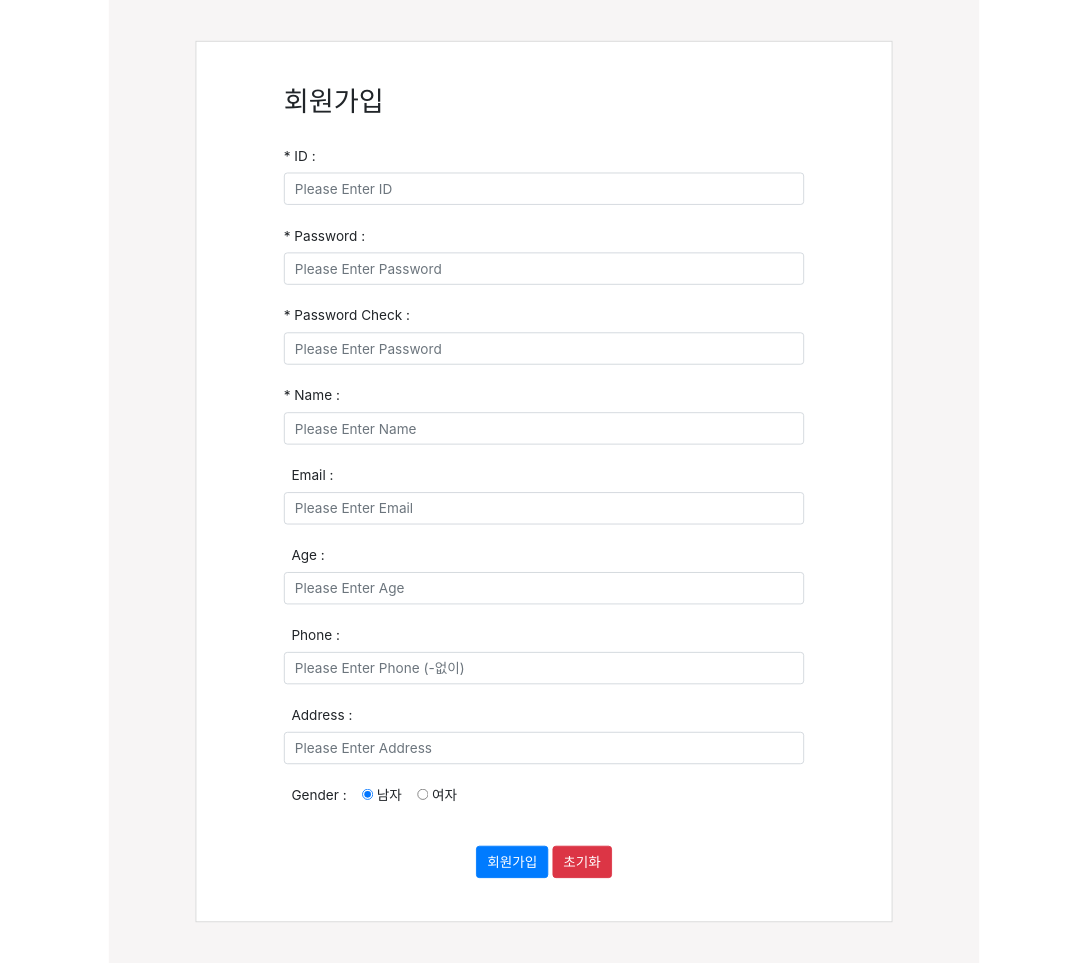
Repository: Kimmingle/kh_testpro01
Page: http://localhost/springProject/WEB-INF/views/member/userform.jsp
These files come from the project's save history. The page is drawn as it stood at one moment and after a run of saves; the edit follows.
The browser window is 1280 px wide. The pictures show the whole page, at 85% of full size.
Pictures or frames that could not be fetched are drawn as grey boxes. The page is served by Tomcat 9. Nobody is signed in. Other server files are loaded and not shown. The template is opened directly, without the code that normally fills it, so the values that code supplies are empty.

Above is the page before, as saved 2024-06-18 00:40:40.

### springProject/src/main/webapp/WEB-INF/views/member/userform.jsp
<%@ page language="java" contentType="text/html; charset=UTF-8"
    pageEncoding="UTF-8"%>
<!DOCTYPE html>
<html lang="en">
<head>
    <meta charset="UTF-8">
    <title>Document</title>
    <script src="https://ajax.googleapis.com/ajax/libs/jquery/3.7.1/jquery.min.js"></script>
    <link rel="stylesheet" href="https://maxcdn.bootstrapcdn.com/bootstrap/4.5.2/css/bootstrap.min.css">
    <script src="https://maxcdn.bootstrapcdn.com/bootstrap/4.5.2/js/bootstrap.min.js"></script>

    <style>
        .content {
            background-color:rgb(247, 245, 245);
            width:80%;
            margin:auto;
        }
        .innerOuter {
            border:1px solid lightgray;
            width:80%;
            margin:auto;
            padding:5% 10%;
            background-color:white;
        }
    </style>
</head>
<body>

    <!-- 메뉴바 -->
    <jsp:include page="" />

    <div class="content">
        <br><br>
        <div class="innerOuter">
            <h2>회원가입</h2>
            <br>

            <form action="" method="post">
                <div class="form-group">
                    <label for="userId">* ID : </label>
                    <input type="text" class="form-control" id="userId" placeholder="Please Enter ID" name="" required> <br>

                    <label for="userPwd">* Password : </label>
                    <input type="password" class="form-control" id="userPwd" placeholder="Please Enter Password" name="" required> <br>

                    <label for="checkPwd">* Password Check : </label>
                    <input type="password" class="form-control" id="checkPwd" placeholder="Please Enter Password" required> <br>

                    <label for="userName">* Name : </label>
                    <input type="text" class="form-control" id="userName" placeholder="Please Enter Name" name="" required> <br>

                    <label for="email"> &nbsp; Email : </label>
                    <input type="text" class="form-control" id="email" placeholder="Please Enter Email" name=""> <br>

                    <label for="age"> &nbsp; Age : </label>
                    <input type="number" class="form-control" id="age" placeholder="Please Enter Age" name=""> <br>

                    <label for="phone"> &nbsp; Phone : </label>
                    <input type="tel" class="form-control" id="phone" placeholder="Please Enter Phone (-없이)" name=""> <br>

                    <label for="address"> &nbsp; Address : </label>
                    <input type="text" class="form-control" id="address" placeholder="Please Enter Address" name=""> <br>

                    <label for=""> &nbsp; Gender : </label> &nbsp;&nbsp;
                    <input type="radio" id="Male" value="M" name="" checked>
                    <label for="Male">남자</label> &nbsp;&nbsp;
                    <input type="radio" id="Female" value="F" name="">
                    <label for="Female">여자</label> &nbsp;&nbsp;
                </div>
                <br>
                <div class="btns" align="center">
                    <button type="submit" class="btn btn-primary">회원가입</button>
                    <button type="reset" class="btn btn-danger">초기화</button>
                </div>
            </form>
        </div>
        <br><br>

    </div>

    <!-- 푸터바 -->
    <jsp:include page="" />

</body>
</html>

### springProject/src/main/webapp/WEB-INF/views/common/menubar.jsp
<%@ page language="java" contentType="text/html; charset=UTF-8"
    pageEncoding="UTF-8"%>
<%@ taglib prefix="c" uri="http://java.sun.com/jsp/jstl/core" %>
<!DOCTYPE html>
<html lang="en">
<head>
    <meta charset="UTF-8">
    <title>Document</title>
    <script src="https://ajax.googleapis.com/ajax/libs/jquery/3.7.1/jquery.min.js"></script>
    <link rel="stylesheet" href="https://maxcdn.bootstrapcdn.com/bootstrap/4.5.2/css/bootstrap.min.css">
    <script src="https://maxcdn.bootstrapcdn.com/bootstrap/4.5.2/js/bootstrap.min.js"></script>
    <style>
        div {box-sizing:border-box;}
        #header {
            width:80%;
            height:100px;
            padding-top:20px;
            margin:auto;
        }
        #header>div {width:100%; margin-bottom:10px;}
        #header_1 {height:80%;}
        #header_2 {height:60%;}

        #header_1>div{
            height:100%;
            float:left;
        }
        #header_1_left {width:30%; position:relative;}
        #header_1_center {width:40%;}
        #header_1_right {width:30%;}

        #header_1_left>img {height:100%; position:absolute; margin:auto; top:0px; bottom:0px; right:0px; left:0px;}
        #header_1_right {text-align:center; line-height:35px; font-size:12px; text-indent:35px;}
        #header_1_right>a {margin:5px;}
        #header_1_right>a:hover {cursor:pointer;}

        #header_2>ul {width:100%; height:100%; list-style-type:none; margin:auto; padding:0;}
        #header_2>ul>li {float:left; width:25%; height:100%; line-height:55px; text-align:center;}
        #header_2>ul>li a {text-decoration:none; color:black; font-size:18px; font-weight:900;}

        #header_2 {border-top:1px solid lightgray;}

        #header a {text-decoration:none; color:black;}

        .content {
            background-color:rgb(247, 245, 245);
            width:80%;
            margin:auto;
        }
        .innerOuter {
            border:1px solid lightgray;
            width:80%;
            margin:auto;
            padding:5% 10%;
            background-color:white;
        }

    </style>
</head>
<body>

    <div id="header">
        <div id="header_1">
            <div id="header_1_left">
                <img src="https://kh-academy.co.kr/resources/images/main/logo.svg" alt="">
            </div>
            <div id="header_1_center"></div>
            <div id="header_1_right">

            <c:choose>
            		<c:when test="${ sessionScope.loginUser eq null}">


		                <a href="">회원가입</a>
		                <a data-toggle="modal" data-target="#loginModal">로그인</a>
	               </c:when>

	                <c:otherwise>
	                    <label>${ sessionScope.loginUser.userName}님 환영합니다</label> &nbsp;&nbsp;
	                    <a href="">마이페이지</a>
	                    <a href="">로그아웃</a>
	                </c:otherwise>
               </c:choose>
            </div>
        </div>
        <div id="header_2">
            <ul>
                <li><a href="">HOME</a></li>
                <li><a href="">공지사항</a></li>
                <li><a href="">자유게시판</a></li>
                <li><a href="">사진게시판</a></li>
            </ul>
        </div>
    </div>

    <!-- 로그인 클릭 시 뜨는 모달 (기존에는 안보이다가 위의 a 클릭 시 보임) -->
    <div class="modal fade" id="loginModal">
        <div class="modal-dialog modal-sm">
            <div class="modal-content">
                <!-- Modal Header -->
                <div class="modal-header">
                    <h4 class="modal-title">Login</h4>
                    <button type="button" class="close" data-dismiss="modal">&times;</button>
                </div>

                <form action="login.do" method="post">
                    <!-- Modal body -->
                    <div class="modal-body">
                        <label for="userId" class="mr-sm-2">ID : </label>
                        <input type="text" class="form-control mb-2 mr-sm-2" placeholder="Enter ID" id="userId" name="userId"> <br>
                        <label for="userPwd" class="mr-sm-2">Password : </label>
                        <input type="password" class="form-control mb-2 mr-sm-2" placeholder="Enter Password" id="userPwd" name="userPwd"> <!--memberController에서 내가 불러오고싶은 객체의 필드명과 같아야하는듯 -->
                    </div>

                    <!-- Modal footer -->
                    <div class="modal-footer">
                        <button type="submit" class="btn btn-primary">로그인</button>
                        <button type="button" class="btn btn-danger" data-dismiss="modal">취소</button>
                    </div>
                </form>
            </div>
        </div>

    </div>

    <br clear="both">
</body>
</html>

After the next 3 saves:
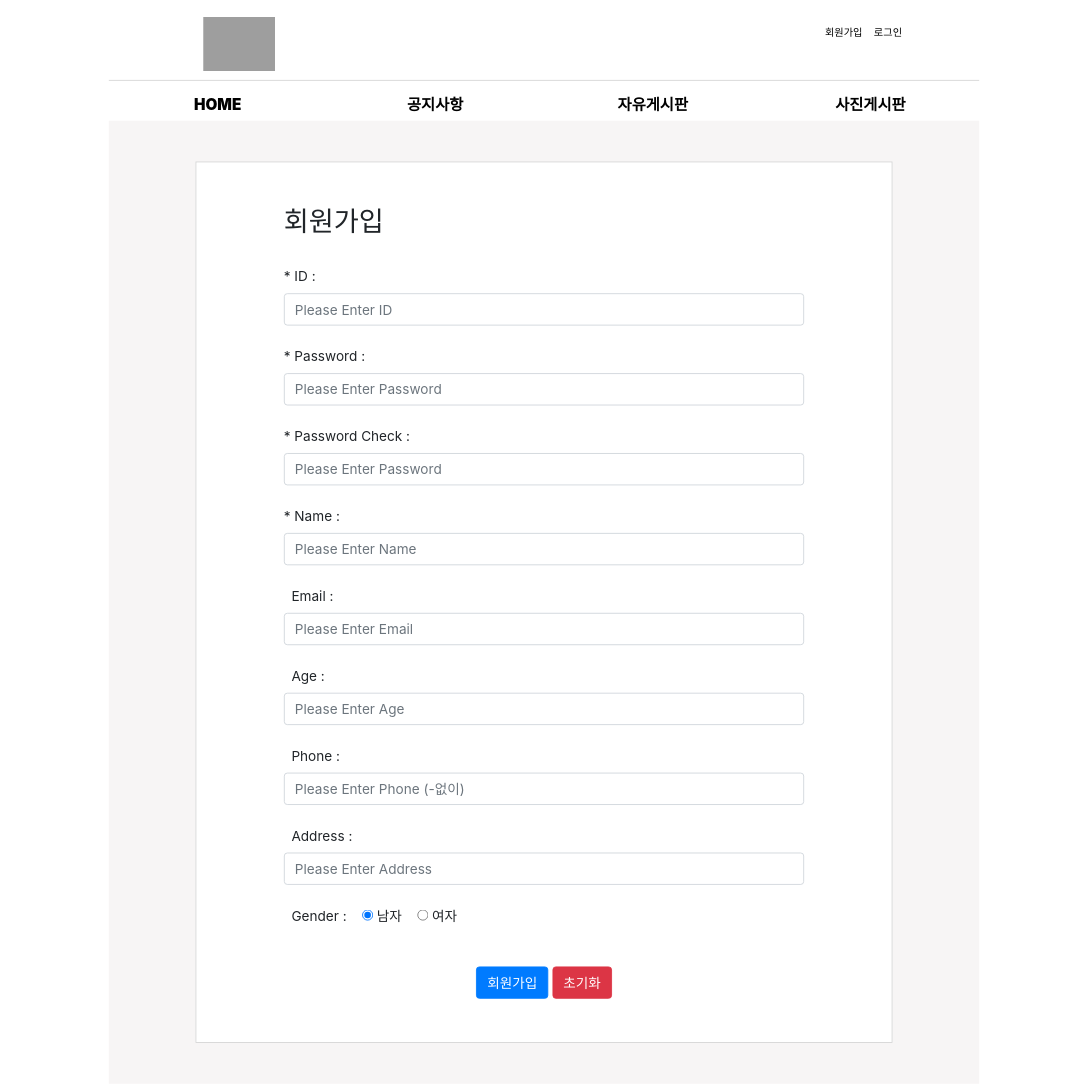
The 3 saves are shown as one change because 2 did not build or start.
The last was saved 115 s later.
--- a/springProject/src/main/webapp/WEB-INF/views/member/userform.jsp
+++ b/springProject/src/main/webapp/WEB-INF/views/member/userform.jsp
@@ -5,7 +5,7 @@
 <head>
     <meta charset="UTF-8">
     <title>Document</title>
-    <script src="https://ajax.googleapis.com/ajax/libs/jquery/3.7.1/jquery.min.js"></script>
+   <!--   <script src="https://ajax.googleapis.com/ajax/libs/jquery/3.7.1/jquery.min.js"></script>
     <link rel="stylesheet" href="https://maxcdn.bootstrapcdn.com/bootstrap/4.5.2/css/bootstrap.min.css">
     <script src="https://maxcdn.bootstrapcdn.com/bootstrap/4.5.2/js/bootstrap.min.js"></script>
 
@@ -22,12 +22,12 @@
             padding:5% 10%;
             background-color:white;
         }
-    </style>
+    </style>-->
 </head>
 <body>
 
     <!-- 메뉴바 -->
-    <jsp:include page="" />
+    <jsp:include page="../common/menubar.jsp" />
 
     <div class="content">
         <br><br>
